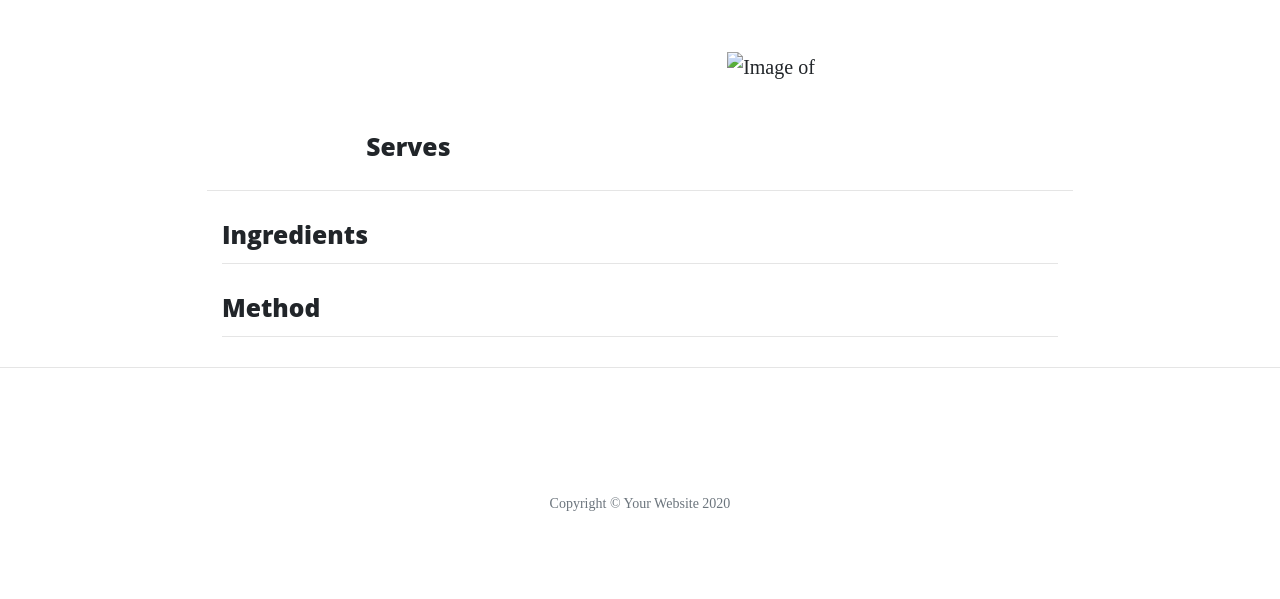
Repository: saffiya/cookbook
Page: templates/recipe.html
The author's editor kept a record of every edit. The page is drawn from the files as they stood at one moment, then again after the next edit.
The browser window is 1280 px wide. The pictures show the part of the page from y = 674 to 1273 px (the page is 1273 px tall before and 1265 px after).
The page is served by the project's application, run on Flask 3 (app.py). The template is opened directly, without the code that normally fills it, so the values that code supplies are empty.

Above is the page before.

After the next edit:
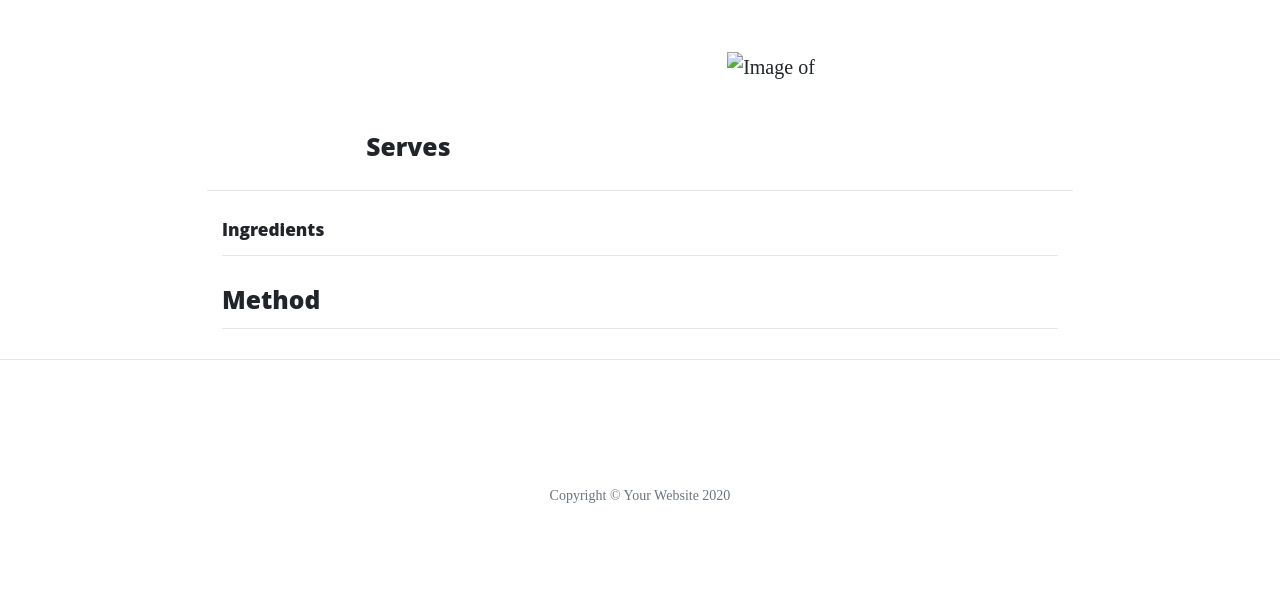
The edit:
--- a/templates/recipe.html
+++ b/templates/recipe.html
@@ -18,7 +18,7 @@
 </div>
 
 <div class="col-md-12">
-    <h5>Ingredients</h5>
+    <h6>Ingredients</h6>
     <hr>
     <p>{{ recipe.ingredients }}</p>
     <h5>Method</h5>
